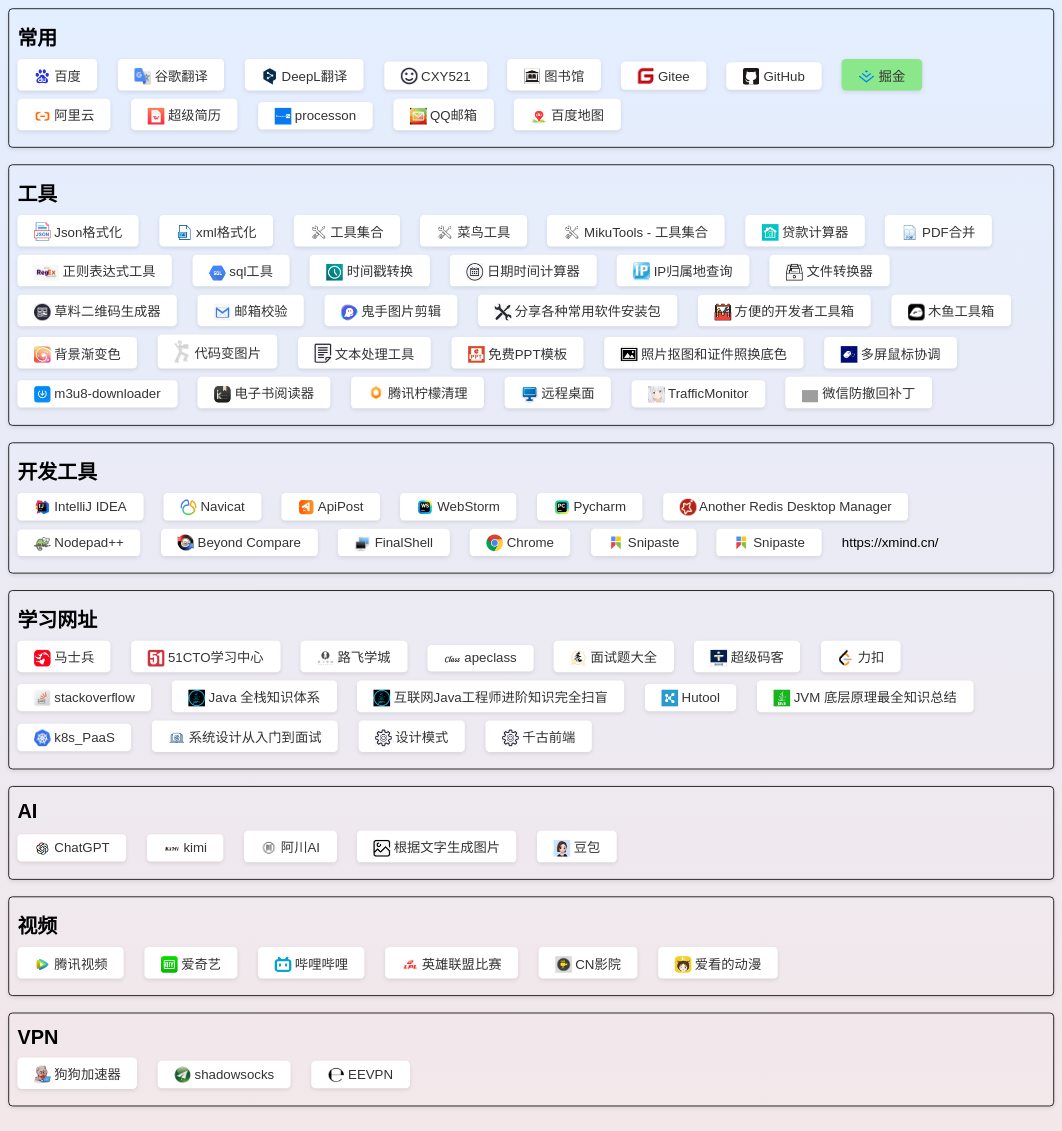
Repository: lukezhao6/page
Page: index.html
An editor plug-in stored every save of this project. The page is shown before and after the next save, followed by the edit.
The browser window is 1280 px wide. The pictures show the whole page, at 83% of full size.
Pictures or frames that could not be fetched are drawn as grey boxes.

Above is the page before, as saved 2024-05-16 11:01:19.

After the next save:
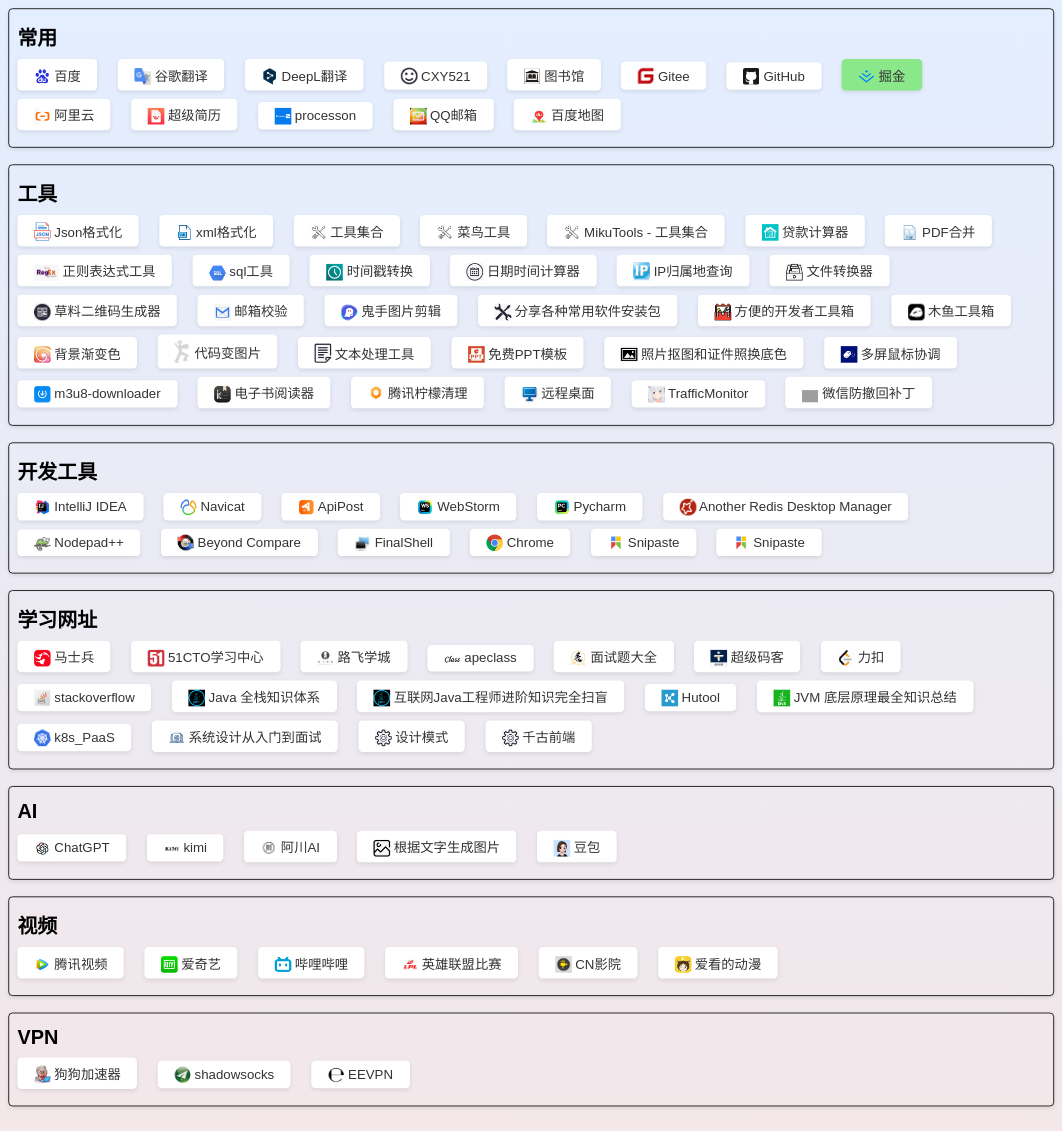
Saved 5 s later.
--- a/index.html
+++ b/index.html
@@ -362,12 +362,10 @@
                     <img src="./img/Snipaste.jpg" alt="Snipaste" class="logo" width="20" />
                     Snipaste
                 </a>
-                <a href="https://www.snipaste.com/" target="_blank" class="tag" title="一个免费的屏幕截图工具">
+                <a href="https://xmind.cn/" target="_blank" class="tag" title="一个免费的屏幕截图工具">
                     <img src="./img/Snipaste.jpg" alt="Snipaste" class="logo" width="20" />
                     Snipaste
                 </a>
-
-                https://xmind.cn/
             </div>
             <div class="tag-group">
                 <h2>学习网址</h2>
